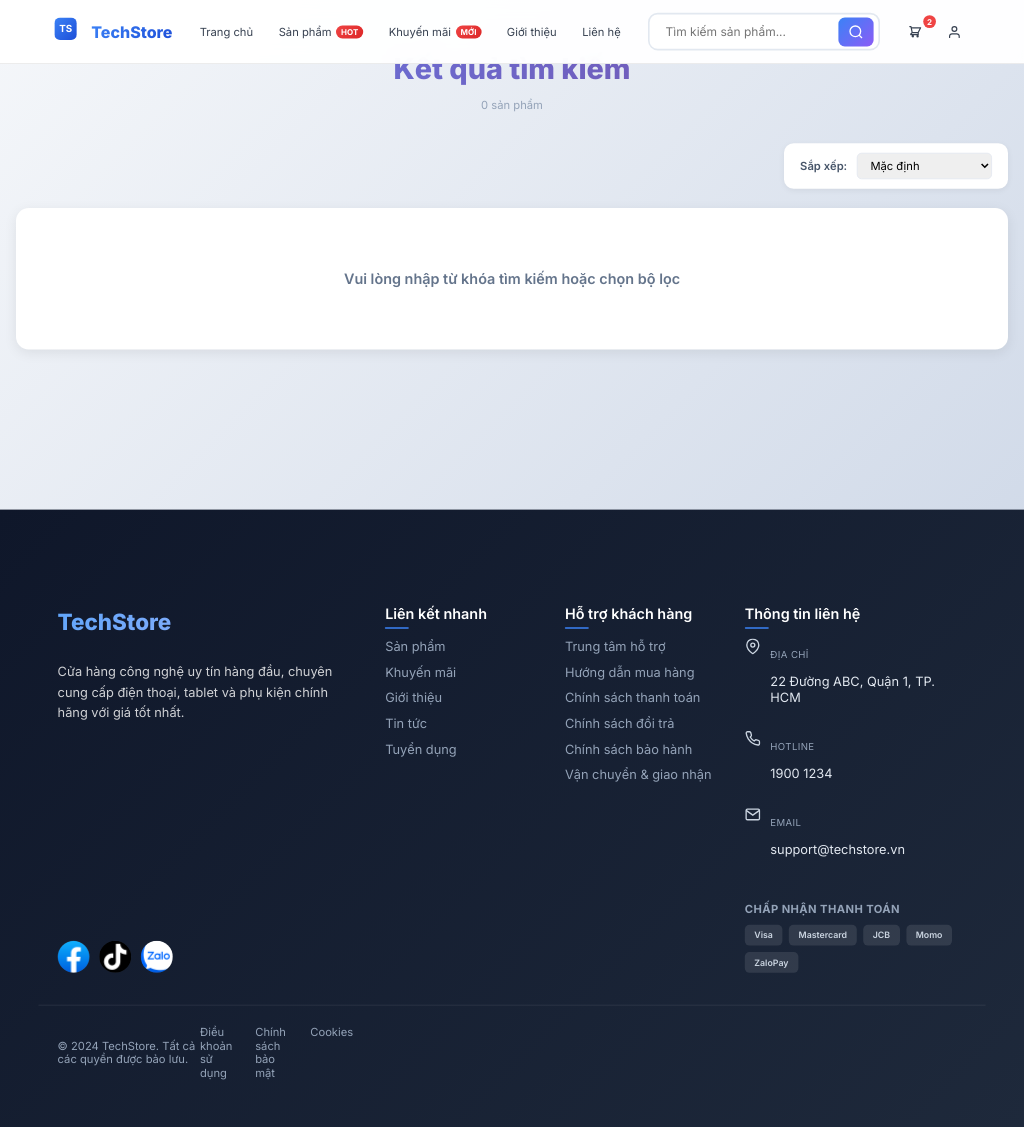
Repository: holyminhlu/DA_PTUDHDV
Page: /search
These files come from the project's save history. The page is drawn as it stood at one moment and after the next save; the edit follows.
The browser window is 1280 px wide. The pictures show the whole page, at 80% of full size.
The project was rebuilt for these pictures with package versions that can differ from the ones it lists, and the page was loaded fresh each time. Also part of the build but not shown: vue.config.js, src/components/HeroBanner.vue, src/components/ProductCard.vue, src/components/ProductGrid.vue, src/components/FeatureSection.vue, src/components/Newsletter.vue, src/views/HomeView.vue, src/views/KhuyenMai.vue and 7 more.

Above is the page before, as saved 2025-11-30 10:57:38.

### public/index.html
<!doctype html>
<html lang="en">
  <head>
    <meta charset="utf-8">
    <meta name="viewport" content="width=device-width,initial-scale=1.0">
    <title>Techstore</title>
  </head>
  <body>
    <div id="app"></div>
  </body>
</html>

### src/App.vue
<template>
  <div id="app">
    <router-view />
  </div>
</template>

<script>
export default { name: 'App' };
</script>

### src/assets/styles/home.css
/* Home page styles for Techstore (desktop-first, responsive tweaks included) */
@import url('https://fonts.googleapis.com/css2?family=Inter:wght@300;400;600;700;800&display=swap');
:root{
  --blue-900:#012a61;
  --blue-700:#0b66d1;
  --orange:#ff7a00;
  --muted:#6b7280;
  --card-bg:#ffffff;
  --page-bg:#f7f9fc;
}
*{box-sizing:border-box;font-family:Inter,system-ui,-apple-system,'Segoe UI',Roboto,'Helvetica Neue',Arial}
body{margin:0;background:var(--page-bg);color:#0f1724}
/* Header */
.header{background:linear-gradient(90deg,var(--blue-900),var(--blue-700));color:#fff;padding:18px 48px;display:flex;align-items:center;justify-content:space-between}
.header .brand{display:flex;align-items:center;gap:12px}
.header .brand .logo{display:inline-block;width:36px;height:36px;background:#fff;border-radius:6px}
.header nav{display:flex;gap:22px;align-items:center}
.header nav a{color:rgba(255,255,255,0.88);text-decoration:none;font-weight:600}
.header .actions{display:flex;gap:12px;align-items:center}

/* Hero */
.hero{display:flex;gap:40px;align-items:center;padding:56px 48px}
.hero .left{flex:1;color:#fff}
.hero .eyebrow{background:rgba(255,255,255,0.07);display:inline-block;padding:8px 12px;border-radius:20px;margin-bottom:18px}
.hero h1{font-size:44px;margin:0 0 12px}
.hero p{color:rgba(255,255,255,0.9);margin:0 0 24px}
.hero .cta{background:var(--orange);color:#fff;padding:12px 20px;border-radius:8px;font-weight:700;border:none}
.hero .image{width:420px;height:320px;background:#000;border-radius:12px;overflow:hidden;box-shadow:0 8px 30px rgba(2,6,23,0.3)}
.hero .image img{width:100%;height:100%;object-fit:cover}

/* Featured products */
.section{padding:36px 48px;background:transparent}
.section .section-header{text-align:center;margin-bottom:18px}
.section .section-header h2{margin:0;font-size:22px}
.products-grid{display:grid;grid-template-columns:repeat(3,1fr);gap:18px}
.card{background:var(--card-bg);border-radius:12px;padding:14px;box-shadow:0 6px 18px rgba(12,20,40,0.06)}
.card .media{height:160px;border-radius:8px;overflow:hidden;margin-bottom:12px}
.card .media img{width:100%;height:100%;object-fit:cover}
.card .title{font-weight:700;margin-bottom:6px}
.card .price{color:var(--blue-700);font-weight:700}
.card .old-price{text-decoration:line-through;color:var(--muted);margin-left:8px}
.card .btn{display:inline-block;margin-top:10px;padding:8px 12px;background:var(--blue-700);color:#fff;border-radius:8px;text-decoration:none}
.card .badge{position:absolute;background:var(--orange);padding:6px 8px;border-radius:8px;color:#fff;font-weight:700}
.product-card-wrap{position:relative}

/* Features */
.features{display:flex;gap:18px;padding:18px 48px;margin-top:12px}
.feature{flex:1;background:#fff;padding:20px;border-radius:12px;text-align:center;box-shadow:0 6px 18px rgba(12,20,40,0.04)}
.feature h4{margin:8px 0 0}
.feature p{color:var(--muted);margin:10px 0 0}

/* Newsletter CTA */
.newsletter{margin:36px 48px;background:linear-gradient(90deg,#0652d6,#0b66d1);color:#fff;border-radius:10px;padding:28px;display:flex;align-items:center;justify-content:space-between}
.newsletter .left h3{margin:0 0 6px}
.newsletter input[type=email]{padding:12px;border-radius:8px;border:none;width:320px;margin-right:12px}
.newsletter button{background:var(--orange);padding:10px 16px;border-radius:8px;border:none;color:#fff}

/* Footer */
.footer{background:#08203b;color:#cfe3ff;padding:36px 48px;margin-top:18px}
.footer .cols{display:flex;gap:24px}
.footer h5{margin:0 0 10px}
.footer p,a{color:rgba(255,255,255,0.8)}

/* Responsive */
@media(max-width:1000px){
  .products-grid{grid-template-columns:repeat(2,1fr)}
  .hero{flex-direction:column;align-items:flex-start}
  .hero .image{width:100%;height:300px}
}
@media(max-width:640px){
  .products-grid{grid-template-columns:1fr}
  .features{flex-direction:column}
  .header{padding:14px}
  .hero{padding:20px}
  .section{padding:18px}
}

### src/views/SearchResults.vue
<template>
  <div class="search-results">
    <HeaderComponent />

    <div class="search-container">
      <div class="search-header">
        <h1 class="search-title">Kết quả tìm kiếm</h1>
        <p v-if="searchQuery" class="search-query">
          Tìm kiếm cho: <strong>"{{ searchQuery }}"</strong>
        </p>
        <p class="search-count">{{ totalResults }} sản phẩm</p>
      </div>

      <div class="results-layout">
        <!-- Results Grid -->
        <div class="results-main">
          <div class="results-controls">
            <div class="sort-control">
              <label>Sắp xếp:</label>
              <select v-model="sortOption" @change="applyFilters" class="sort-select">
                <option value="">Mặc định</option>
                <option value="price-asc">Giá: Thấp đến Cao</option>
                <option value="price-desc">Giá: Cao đến Thấp</option>
                <option value="name">Tên A-Z</option>
                <option value="rating">Đánh giá cao nhất</option>
              </select>
            </div>
          </div>

          <div v-if="loading" class="loading-state">
            <p>Đang tải...</p>
          </div>

          <div v-else-if="error" class="empty-state">
            <p class="error-text">{{ error }}</p>
            <button @click="fetchResults" class="retry-btn">Thử lại</button>
          </div>

          <div v-else-if="!searchQuery && !selectedCategory && !minPrice && !maxPrice" class="empty-state">
            <p>Vui lòng nhập từ khóa tìm kiếm hoặc chọn bộ lọc</p>
          </div>

          <div v-else-if="products.length === 0" class="empty-state">
            <p>Không tìm thấy sản phẩm nào phù hợp với "{{ searchQuery }}"</p>
          </div>

          <ProductGrid v-else :products="products" :hide-header="true" :compact="true" />
        </div>
      </div>
    </div>

    <FooterComponent />
  </div>
</template>

<script>
import axios from 'axios';
import HeaderComponent from '@/components/HeaderComponent.vue';
import FooterComponent from '@/components/FooterComponent.vue';
import ProductGrid from '@/components/ProductGrid.vue';

export default {
  name: 'SearchResults',
  components: {
    HeaderComponent,
    FooterComponent,
    ProductGrid
  },
  data() {
    return {
      products: [],
      searchQuery: '',
      totalResults: 0,
      loading: false,
      error: null,
      selectedCategory: '',
      minPrice: null,
      maxPrice: null,
      sortOption: '',
      categories: [
        { value: '', label: 'Tất cả' },
        { value: 'smartphone', label: 'Smartphone' },
        { value: 'tablet', label: 'Tablet' },
        { value: 'laptop', label: 'Laptop' },
        { value: 'accessory', label: 'Phụ kiện' }
      ]
    };
  },
  methods: {
    async fetchResults() {
      // Nếu không có tham số tìm kiếm nào, không gọi API
      if (!this.searchQuery && !this.selectedCategory && !this.minPrice && !this.maxPrice) {
        this.products = [];
        this.totalResults = 0;
        return;
      }

      this.loading = true;
      try {
        const base = process.env.VUE_APP_API_URL || 'http://localhost:3000';
        const params = {
          q: this.searchQuery,
          category: this.selectedCategory,
          minPrice: this.minPrice,
          maxPrice: this.maxPrice,
          sort: this.sortOption
        };

        // Remove empty params
        Object.keys(params).forEach(key => {
          if (!params[key] && params[key] !== 0) delete params[key];
        });

        console.log('Searching with params:', params);
        const { data } = await axios.get(`${base}/api/products/search`, { params });
        console.log('Search results:', data);

        // Normalize id preference
        this.products = (data.results || []).map(p => ({
          ...p,
          id: p.id || p.phoneId || p._id
        }));
        this.totalResults = data.count || this.products.length;
        console.log('Mapped products:', this.products);
      } catch (err) {
        console.error('Failed to fetch search results', err);
        this.products = [];
        this.totalResults = 0;
      } finally {
        this.loading = false;
      }
    },
    applyFilters() {
      // Update URL query params
      this.$router.push({
        path: '/search',
        query: {
          q: this.searchQuery,
          category: this.selectedCategory || undefined,
          minPrice: this.minPrice || undefined,
          maxPrice: this.maxPrice || undefined,
          sort: this.sortOption || undefined
        }
      });
      this.fetchResults();
    },
    resetFilters() {
      this.selectedCategory = '';
      this.minPrice = null;
      this.maxPrice = null;
      this.sortOption = '';
      this.applyFilters();
    },
    initFromQuery() {
      const q = this.$route.query;
      this.searchQuery = q.q || '';
      this.selectedCategory = q.category || '';
      this.minPrice = q.minPrice ? parseInt(q.minPrice) : null;
      this.maxPrice = q.maxPrice ? parseInt(q.maxPrice) : null;
      this.sortOption = q.sort || '';
    }
  },
  watch: {
    '$route.query': {
      handler() {
        this.initFromQuery();
        this.fetchResults();
      },
      immediate: true
    }
  }
};
</script>

<style scoped>
.search-results {
  min-height: 100vh;
  display: flex;
  flex-direction: column;
  background: linear-gradient(135deg, #f5f7fa 0%, #c3cfe2 100%);
}

.search-container {
  flex: 1;
  max-width: 1400px;
  margin: 0 auto;
  padding: 40px 20px;
  width: 100%;
}

.search-header {
  text-align: center;
  margin-bottom: 40px;
}

.search-title {
  font-size: 36px;
  font-weight: 800;
  background: linear-gradient(135deg, #667eea 0%, #764ba2 100%);
  -webkit-background-clip: text;
  background-clip: text;
  -webkit-text-fill-color: transparent;
  margin-bottom: 8px;
}

.search-query {
  font-size: 18px;
  color: #64748b;
  margin-bottom: 8px;
}

.search-query strong {
  color: #1e293b;
}

.search-count {
  font-size: 14px;
  color: #94a3b8;
}

.results-layout {
  display: block;
}

/* Filters Sidebar */
.filters-sidebar {
  background: white;
  border-radius: 16px;
  padding: 24px;
  height: fit-content;
  box-shadow: 0 4px 16px rgba(0, 0, 0, 0.08);
  position: sticky;
  top: 20px;
}

.filter-section {
  margin-bottom: 30px;
}

.filter-section:last-of-type {
  margin-bottom: 20px;
}

.filter-title {
  font-size: 16px;
  font-weight: 700;
  color: #1e293b;
  margin-bottom: 16px;
  border-bottom: 2px solid #e2e8f0;
  padding-bottom: 8px;
}

.filter-options {
  display: flex;
  flex-direction: column;
  gap: 12px;
}

.filter-option {
  display: flex;
  align-items: center;
  gap: 8px;
  cursor: pointer;
  font-size: 14px;
  color: #475569;
  transition: color 0.2s ease;
}

.filter-option:hover {
  color: #3b82f6;
}

.filter-option input[type="radio"] {
  cursor: pointer;
}

.price-inputs {
  display: flex;
  align-items: center;
  gap: 8px;
}

.price-input {
  flex: 1;
  padding: 8px 12px;
  border: 1px solid #e2e8f0;
  border-radius: 8px;
  font-size: 14px;
  transition: border-color 0.2s ease;
}

.price-input:focus {
  outline: none;
  border-color: #3b82f6;
}

.price-separator {
  color: #94a3b8;
  font-weight: 600;
}

.reset-btn {
  width: 100%;
  padding: 10px;
  background: linear-gradient(135deg, #ef4444 0%, #dc2626 100%);
  color: white;
  border: none;
  border-radius: 8px;
  font-weight: 600;
  cursor: pointer;
  transition: all 0.3s ease;
}

.reset-btn:hover {
  transform: translateY(-2px);
  box-shadow: 0 4px 12px rgba(239, 68, 68, 0.4);
}

/* Results Main */
.results-main {
  min-height: 400px;
}

.results-controls {
  display: flex;
  justify-content: flex-end;
  margin-bottom: 24px;
}

.sort-control {
  display: flex;
  align-items: center;
  gap: 12px;
  background: white;
  padding: 12px 20px;
  border-radius: 12px;
  box-shadow: 0 2px 8px rgba(0, 0, 0, 0.06);
}

.sort-control label {
  font-size: 14px;
  font-weight: 600;
  color: #475569;
}

.sort-select {
  padding: 6px 12px;
  border: 1px solid #e2e8f0;
  border-radius: 6px;
  font-size: 14px;
  cursor: pointer;
  transition: border-color 0.2s ease;
}

.sort-select:focus {
  outline: none;
  border-color: #3b82f6;
}

.loading-state,
.empty-state {
  text-align: center;
  padding: 60px 20px;
  background: white;
  border-radius: 16px;
  box-shadow: 0 4px 16px rgba(0, 0, 0, 0.08);
}

.loading-state p,
.empty-state p {
  font-size: 18px;
  color: #64748b;
  font-weight: 600;
}

@media (max-width: 992px) {
  .results-layout {
    grid-template-columns: 1fr;
  }

  .filters-sidebar {
    position: static;
  }
}

@media (max-width: 768px) {
  .search-title {
    font-size: 28px;
  }

  .search-container {
    padding: 24px 16px;
  }
}
</style>

### src/components/SearchBar.vue
<template>
  <div class="search-bar">
    <div class="search-input-wrapper">
      <input
        type="text"
        v-model="searchQuery"
        @input="onInput"
        @keyup.enter="performSearch"
        placeholder="Tìm kiếm sản phẩm..."
        class="search-input"
      />
      <button @click="performSearch" class="search-btn">
        <svg xmlns="http://www.w3.org/2000/svg" width="20" height="20" viewBox="0 0 24 24" fill="none" stroke="currentColor" stroke-width="2">
          <circle cx="11" cy="11" r="8"></circle>
          <path d="m21 21-4.35-4.35"></path>
        </svg>
      </button>

      <!-- Autocomplete Dropdown -->
      <div v-if="showSuggestions && suggestions.length" class="suggestions-dropdown">
        <div
          v-for="item in suggestions"
          :key="item.id"
          @click="selectSuggestion(item)"
          class="suggestion-item"
        >
          <img :src="item.image || '/img/articles/product-1.jpg'" :alt="item.title" class="suggestion-img" />
          <div class="suggestion-info">
            <div class="suggestion-title">{{ item.title }}</div>
            <div class="suggestion-price">{{ formatPrice(item.price) }}</div>
          </div>
        </div>
      </div>
    </div>
  </div>
</template>

<script>
import axios from 'axios';

export default {
  name: 'SearchBar',
  data() {
    return {
      searchQuery: '',
      suggestions: [],
      showSuggestions: false,
      debounceTimer: null
    };
  },
  methods: {
    formatPrice(v) {
      if (!v) return '';
      return v.toString().replace(/\B(?=(\d{3})+(?!\d))/g, '.') + '₫';
    },
    onInput() {
      // Debounce autocomplete API calls
      clearTimeout(this.debounceTimer);
      if (this.searchQuery.trim().length < 2) {
        this.suggestions = [];
        this.showSuggestions = false;
        return;
      }

      this.debounceTimer = setTimeout(() => {
        this.fetchSuggestions();
      }, 300);
    },
    async fetchSuggestions() {
      try {
        console.log('Fetching suggestions for:', this.searchQuery);
        const base = process.env.VUE_APP_API_URL || 'http://localhost:3000';
        const { data } = await axios.get(`${base}/api/products/search`, {
          params: { q: this.searchQuery, limit: 5 }
        });
        console.log('Suggestions received:', data);
        this.suggestions = data.results || [];
        this.showSuggestions = this.suggestions.length > 0;
      } catch (err) {
        console.error('Failed to fetch suggestions', err);
        this.suggestions = [];
        this.showSuggestions = false;
      }
    },
    selectSuggestion(item) {
      this.showSuggestions = false;
      this.$router.push(`/product/${item.id}`);
      this.searchQuery = '';
    },
    performSearch() {
      console.log('performSearch called with query:', this.searchQuery);
      if (!this.searchQuery.trim()) return;
      this.showSuggestions = false;

      this.$router.push({
        path: '/search',
        query: { q: this.searchQuery }
      }).catch(err => {
        if (err.name !== 'NavigationDuplicated') {
          console.error('Navigation error:', err);
        }
      });
    }
  },
  mounted() {
    // Close suggestions when clicking outside
    document.addEventListener('click', (e) => {
      if (!this.$el.contains(e.target)) {
        this.showSuggestions = false;
      }
    });
  }
};
</script>

<style scoped>
.search-bar {
  position: relative;
  width: 100%;
  max-width: 600px;
}

.search-input-wrapper {
  position: relative;
  display: flex;
  align-items: center;
}

.search-input {
  width: 100%;
  padding: 12px 50px 12px 20px;
  border: 2px solid #e2e8f0;
  border-radius: 12px;
  font-size: 15px;
  transition: all 0.3s ease;
  background: white;
}

.search-input:focus {
  outline: none;
  border-color: #3b82f6;
  box-shadow: 0 0 0 3px rgba(59, 130, 246, 0.1);
}

.search-btn {
  position: absolute;
  right: 8px;
  background: linear-gradient(135deg, #3b82f6 0%, #8b5cf6 100%);
  border: none;
  padding: 8px 12px;
  border-radius: 8px;
  cursor: pointer;
  display: flex;
  align-items: center;
  justify-content: center;
  transition: all 0.3s ease;
}

.search-btn svg {
  color: white;
}

.search-btn:hover {
  transform: scale(1.05);
  box-shadow: 0 4px 12px rgba(59, 130, 246, 0.4);
}

/* Suggestions Dropdown */
.suggestions-dropdown {
  position: absolute;
  top: calc(100% + 8px);
  left: 0;
  right: 0;
  background: white;
  border: 1px solid #e2e8f0;
  border-radius: 12px;
  box-shadow: 0 8px 24px rgba(0, 0, 0, 0.12);
  max-height: 400px;
  overflow-y: auto;
  z-index: 1000;
}

.suggestion-item {
  display: flex;
  align-items: center;
  gap: 12px;
  padding: 12px 16px;
  cursor: pointer;
  transition: background 0.2s ease;
  border-bottom: 1px solid #f1f5f9;
}

.suggestion-item:last-child {
  border-bottom: none;
}

.suggestion-item:hover {
  background: #f8fafc;
}

.suggestion-img {
  width: 50px;
  height: 50px;
  object-fit: cover;
  border-radius: 8px;
  flex-shrink: 0;
}

.suggestion-info {
  flex: 1;
  overflow: hidden;
}

.suggestion-title {
  font-size: 14px;
  font-weight: 600;
  color: #1e293b;
  white-space: nowrap;
  overflow: hidden;
  text-overflow: ellipsis;
}

.suggestion-price {
  font-size: 13px;
  color: #ef4444;
  font-weight: 700;
  margin-top: 2px;
}

@media (max-width: 768px) {
  .search-input {
    padding: 10px 45px 10px 16px;
    font-size: 14px;
  }
}
</style>

Loaded but not shown: src/routes/index.js (24 lines, source omitted); src/main.js (13 lines, source omitted); src/components/HeaderComponent.vue (957 lines, source omitted); src/components/FooterComponent.vue (499 lines, source omitted); src/assets/styles/about-contact.css (747 lines, source omitted)

After the next save:
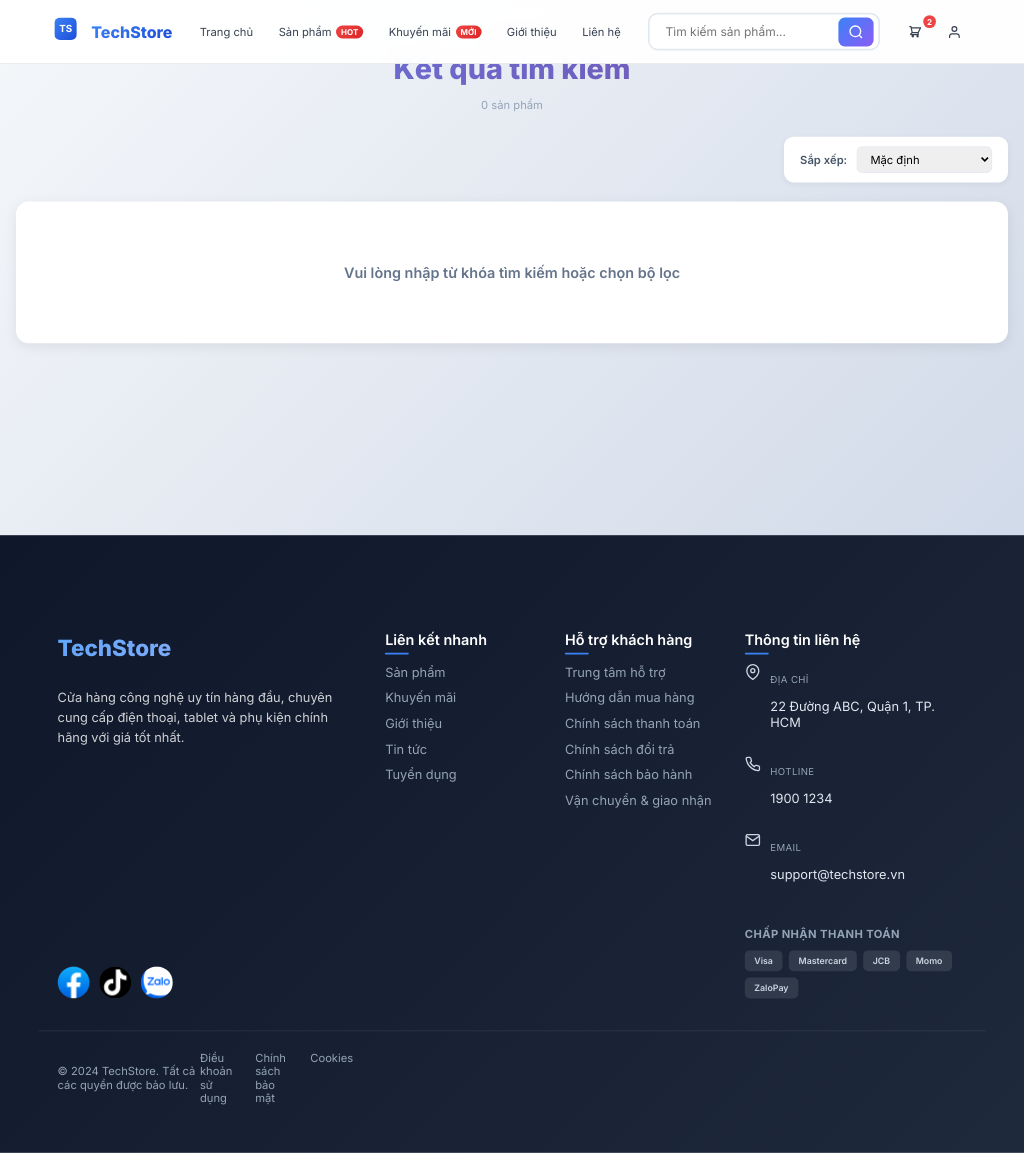
Saved 9 s later.
--- a/src/views/SearchResults.vue
+++ b/src/views/SearchResults.vue
@@ -184,13 +184,13 @@ export default {
   flex: 1;
   max-width: 1400px;
   margin: 0 auto;
-  padding: 40px 20px;
+  padding: 40px 20px 80px;
   width: 100%;
 }
 
 .search-header {
   text-align: center;
-  margin-bottom: 40px;
+  margin-bottom: 32px;
 }
 
 .search-title {
